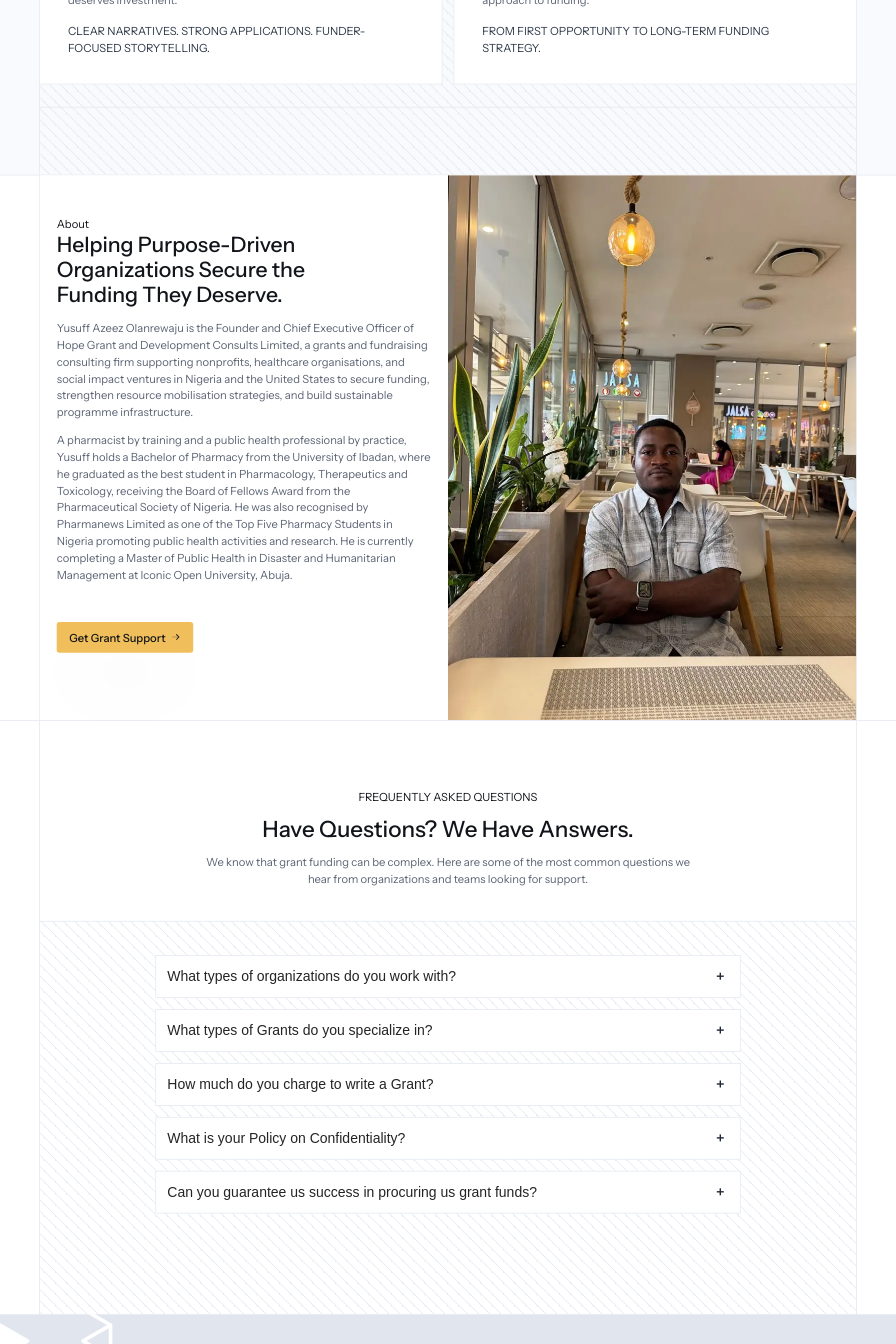
Repository: Ajeyinka/Upgrowth
Page: index.html
The author's editor kept a copy of each file at every save. The page is drawn from the files as they stood at one save, then again after the next save.
The browser window is 1280 px wide. The pictures show the part of the page from y = 3872 to 5792 px (the page is 6624 px tall before and 7108 px after), at 70% of full size.

Above is the page before, as saved 2026-09-24 19:09:43.

After the next save:
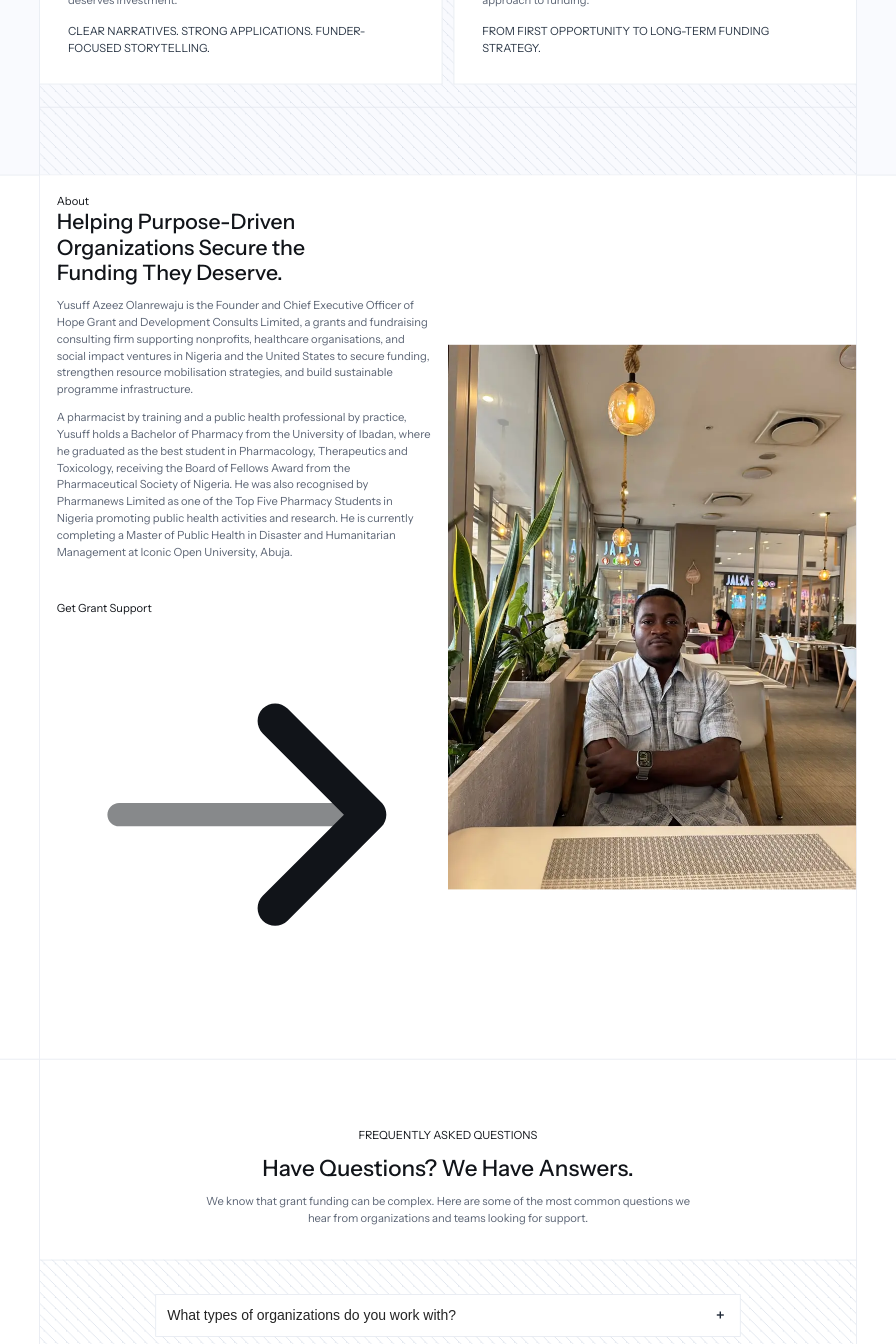
Saved 20 s later.
--- a/index.html
+++ b/index.html
@@ -276,7 +276,7 @@
               </p>
               <p>A pharmacist by training and a public health professional by practice, Yusuff holds a Bachelor of Pharmacy from the University of Ibadan, where he graduated as the best student in Pharmacology, Therapeutics and Toxicology, receiving the Board of Fellows Award from the Pharmaceutical Society of Nigeria. He was also recognised by Pharmanews Limited as one of the Top Five Pharmacy Students in Nigeria promoting public health activities and research. He is currently completing a Master of Public Health in Disaster and Humanitarian Management at Iconic Open University, Abuja.</p>
                <div class="btn-wrapper">
-                        <a href="contact.html" class="primary-btn"
+                        <a href="contact.html" class="sec-btn"
                           >Get Grant Support
                            <svg xmlns:xlink="http://www.w3.org/1999/xlink"  width="100%" height="100%" viewBox="0 0 16 17" fill="currentColor" xmlns="http://www.w3.org/2000/svg">
                               <path opacity="0.5" d="M2.66659 8C2.53398 8 2.4068 8.05268 2.31303 8.14645C2.21926 8.24021 2.16659 8.36739 2.16659 8.5C2.16659 8.63261 2.21926 8.75978 2.31303 8.85355C2.4068 8.94732 2.53398 9 2.66659 9L2.66659 8ZM2.66659 9L13.3333 9L13.3333 8L2.66659 8L2.66659 9Z" fill="currentColor"></path>
